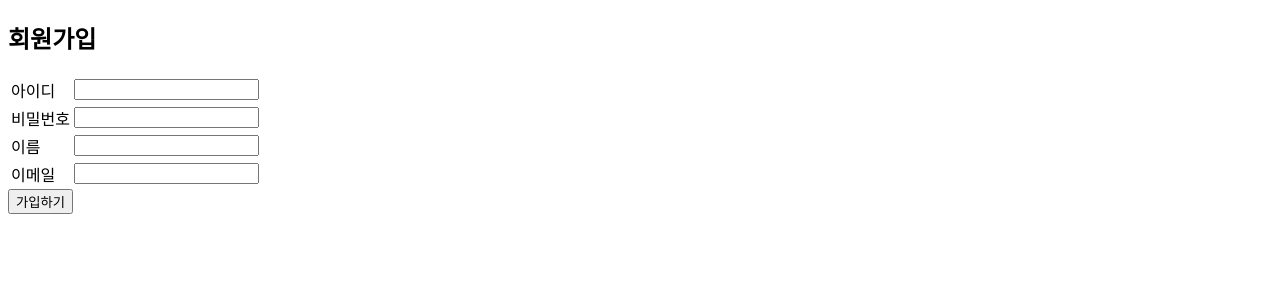
Repository: Idooru/academy_servlet
Page: pro07/WebContent/memberForm.html
The author's editor kept a copy of each file at every save. The page is drawn from the files as they stood at one save, then again after the next save.
The browser window is 1280 px wide. The pictures show the whole page.

Above is the page before, as saved 2023-09-07 04:21:44.

### pro07/WebContent/memberForm.html
<!DOCTYPE html>
<html>

<head>
	<meta charset="UTF-8">
	<title>JOIN FORM</title>
	<script type="text/javascript">
		function fn_sendMember() {
			let frmMember = document.frmMember;
			let id = frmMember.id.value;
			let pwd = frmMember.pwd.value;
			let name = frmMember.name.value;
			let email = frmMember.email.value;

			if (!id) {
				alert("아이디는 필수입니다.");
			} else if (!pwd) {
				alert("비밀번호는 필수입니다.");
			} else if (!name) {
				alert("이름은 필수입니다.");
			} else if (!email) {
				alert("이메일은 필수입니다.");
			} else {
				frmMember.method = "post";
				frmMember.action = "member";
				frmMember.submit();
			}
		}
	</script>
</head>

<body>

	<form name="frmMember">
		<h2>회원가입</h2>
		<table>
			<tr>
				<td>아이디</td>
				<td><input type="text" name="id" /></td>
			</tr>
			<tr>
				<td>비밀번호</td>
				<td><input type="password" name="pwd" /></td>
			</tr>
			<tr>
				<td>이름</td>
				<td><input type="text" name="name" /></td>
			</tr>
			<tr>
				<td>이메일</td>
				<td><input type="email" name="email" /></td>
			</tr>
		</table>
		<input type="button" value="가입하기" onclick="fn_sendMember()" />
		<input type="hidden" name="command" value="addMember" />
	</form>
</body>

</html>

After the next save:
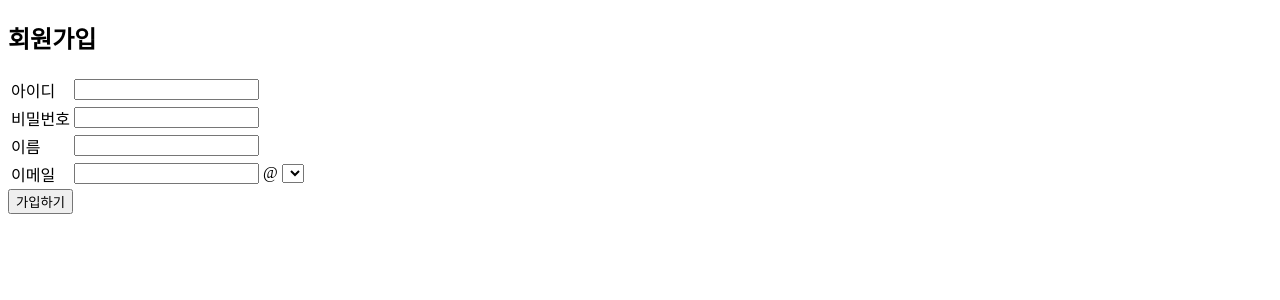
Saved 2 h 3 min later.
--- a/pro07/WebContent/memberForm.html
+++ b/pro07/WebContent/memberForm.html
@@ -48,7 +48,13 @@
 			</tr>
 			<tr>
 				<td>이메일</td>
-				<td><input type="email" name="email" /></td>
+				<td>
+					<input type="text" name="email" />
+					@
+					<select name="enomain"></select>
+				</td>
+			</tr>
+
 			</tr>
 		</table>
 		<input type="button" value="가입하기" onclick="fn_sendMember()" />
